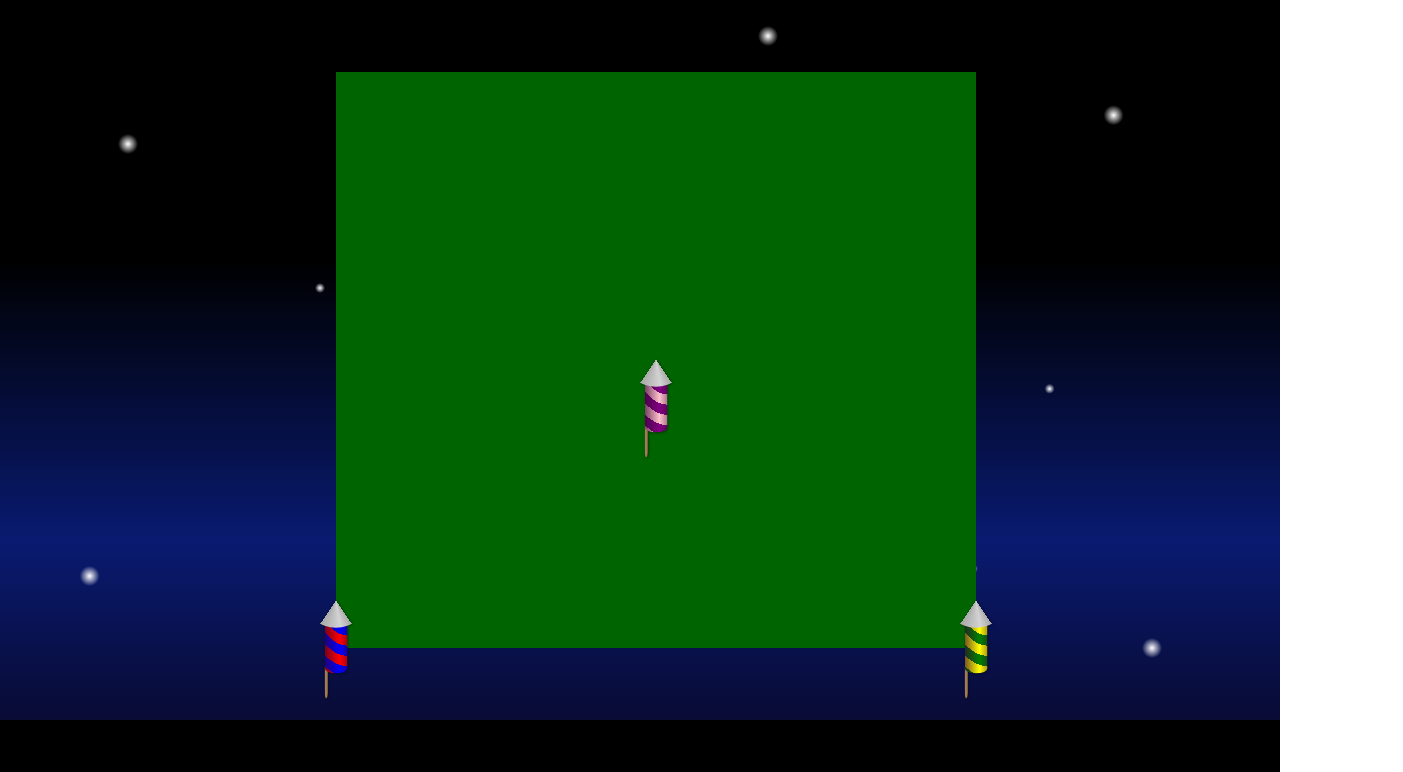
Repository: juliandecloe/CSS-To-The-Rescue---Julian-de-Cloe
Page: index.html
These files come from the project's save history. The page is drawn as it stood at one moment and after the next save; the edit follows.
The browser window is 1280 px wide. The page is 1280 px wide, then 1403 px, then 1280 px, so the pictures cover 1403 px, including what lies to the right of the window. The pictures show the whole page.

Above is the page before, as saved 2022-03-10 17:06:40.

After the next save:
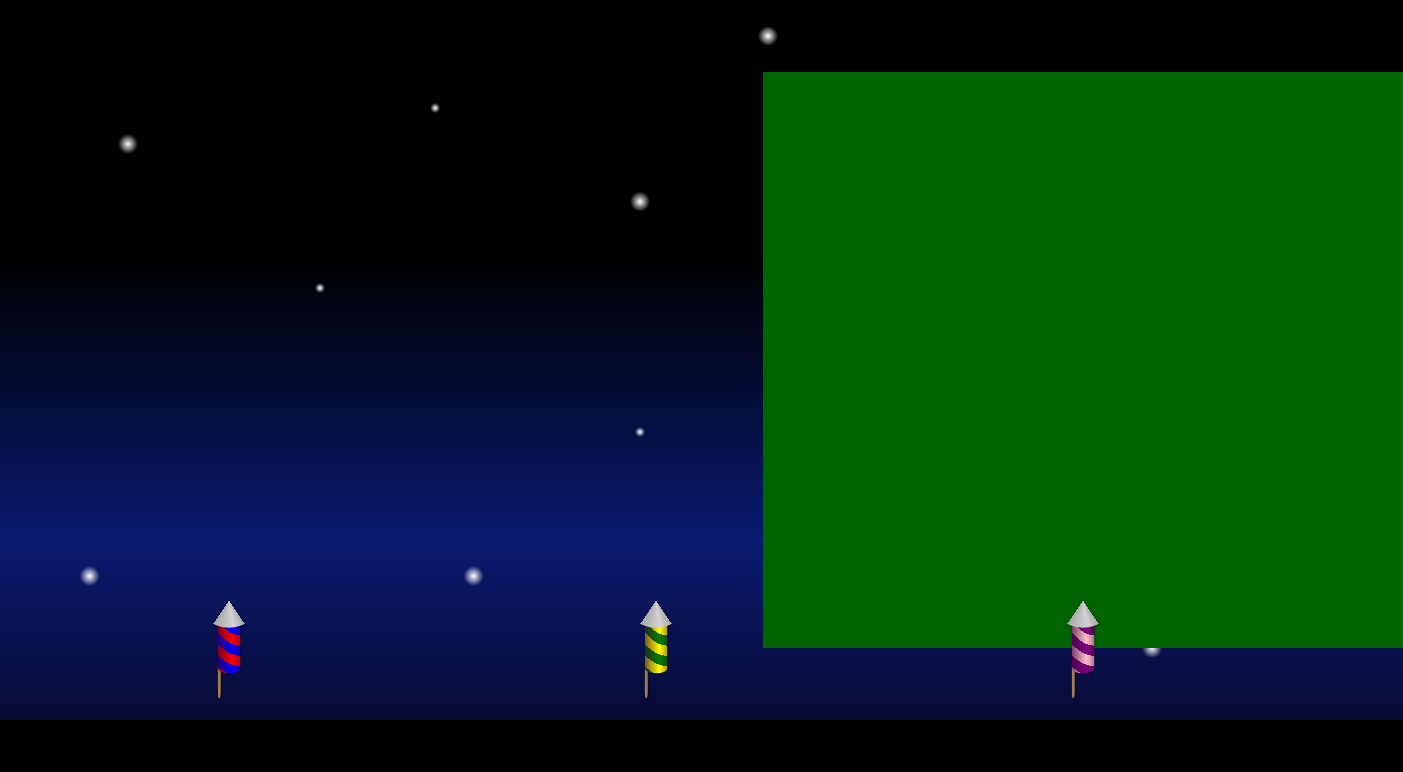
Saved 18 s later.
--- a/style.css
+++ b/style.css
@@ -572,7 +572,7 @@
 
 /*========== CLOUDS ==========*/
 
-section:last-child {
+section:last-child article {
 	position: absolute;
 	top: 10vh;
 	background-color: darkgreen;

After the save that followed:
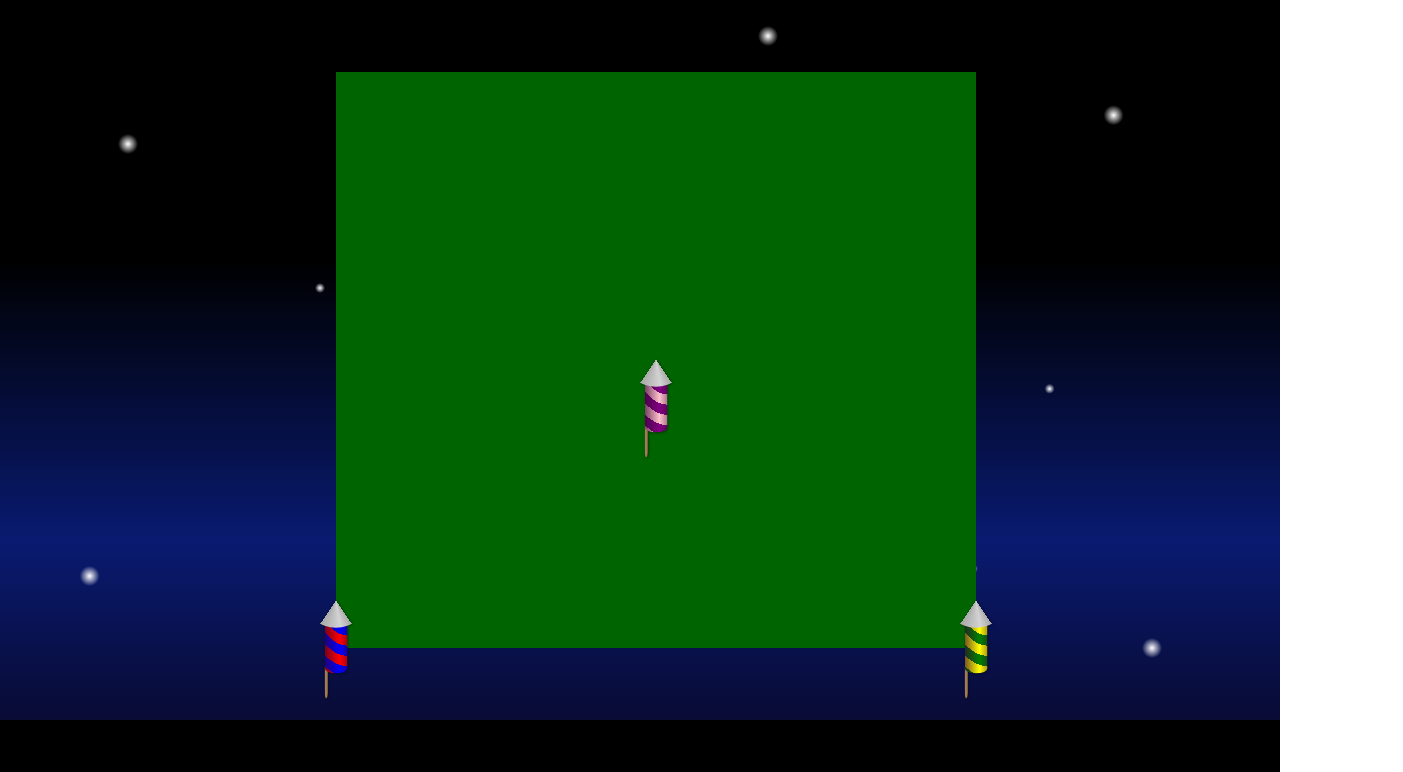
Saved 4 s later.
--- a/style.css
+++ b/style.css
@@ -572,7 +572,7 @@
 
 /*========== CLOUDS ==========*/
 
-section:last-child article {
+section:last-child {
 	position: absolute;
 	top: 10vh;
 	background-color: darkgreen;
